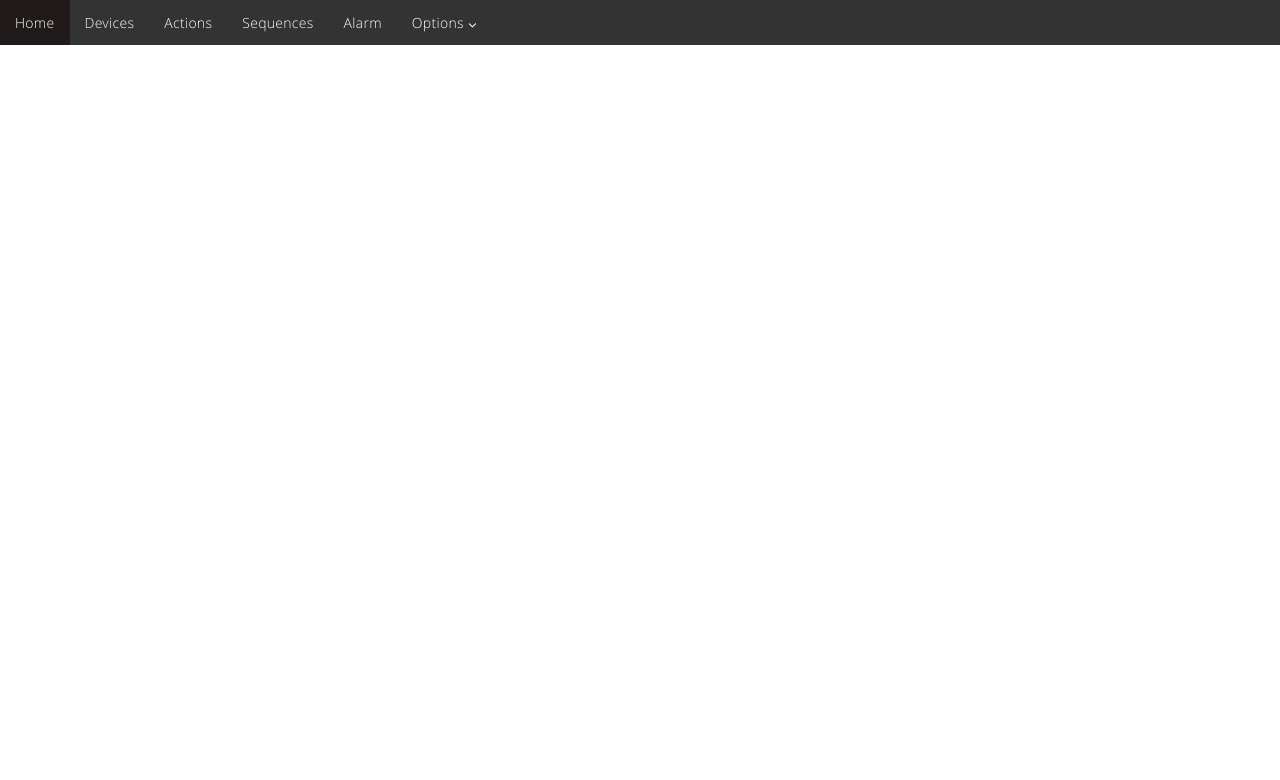
Repository: Pietvergiet/RPiProject
Page: http://localhost/RPi/Alarm.jsp
The author's editor kept a copy of each file at every save. The page is drawn from the files as they stood at one save, then again after the next save.
The browser window is 1280 px wide. The pictures show the whole page.
The page is served by Tomcat 9. Nobody is signed in. The application's start-up code is not run. Other server files are loaded and not shown.

Above is the page before, as saved 2014-10-28 15:40:54.

### RPi/src/main/webapp/Alarm.jsp
<%@ page language="java" contentType="text/html; charset=ISO-8859-1"
    pageEncoding="ISO-8859-1"%>
<!DOCTYPE html PUBLIC "-//W3C//DTD HTML 4.01 Transitional//EN" "http://www.w3.org/TR/html4/loose.dtd">
<html>
<head>

        <link rel="stylesheet" href="BootstrapMetro/docs/css/metro-bootstrap.css">
        <script src="BootstrapMetro/docs/js/jquery/jquery.min.js"></script>
        <script src="BootstrapMetro/docs/js/jquery/jquery.widget.min.js"></script>
        <script src="BootstrapMetro/min/metro.min.js"></script>
        <link rel="shortcut icon" href="images/remote_control.ico" />
	    <title>SuperRemotely</title>

</head>
<body class="metro">
<!-- Header -->
<nav class="navigation-bar dark fixed-top">
	<nav class="navigation-bar-content">
        <ul class="element-menu">
        	<li><a href="/RPi">Home</a></li>
        	<li><a href="./Devices">Devices</a></li>
        	<li><a href="./Action">Actions</a></li>
        	<li><a href="./Sequence">Sequences</a></li>
        	<li><a href="./Alarm">Alarm</a></li>
        	<li>
                <a class="dropdown-toggle" href="#Options">Options</a>
                <ul class="dropdown-menu dark" data-role="dropdown" style="display: none;">
                	<li><a href="#Time">Set the time</a></li>
                    <li><a href="#Record">Record new action</a></li>
                    <li><a href="#Add">Add a new Device</a></li>
                    <li><a href="#Remove">Remove a device</a></li>
                    <li><a href="#Edit">Remove an action</a></li>
                </ul>
            </li>
    	</ul>
    </nav>
</nav>

<!-- Body -->
<div class="grid" style="margin-left:20px;margin-top:60px">

</div>
</body>
</html>

Loaded but not shown: RPi/src/main/webapp/BootstrapMetro/docs/css/metro-bootstrap.css (library); RPi/src/main/webapp/BootstrapMetro/docs/js/jquery/jquery.min.js (library); RPi/src/main/webapp/BootstrapMetro/docs/js/jquery/jquery.widget.min.js (library); RPi/src/main/webapp/BootstrapMetro/min/metro.min.js (library)

After the next save:
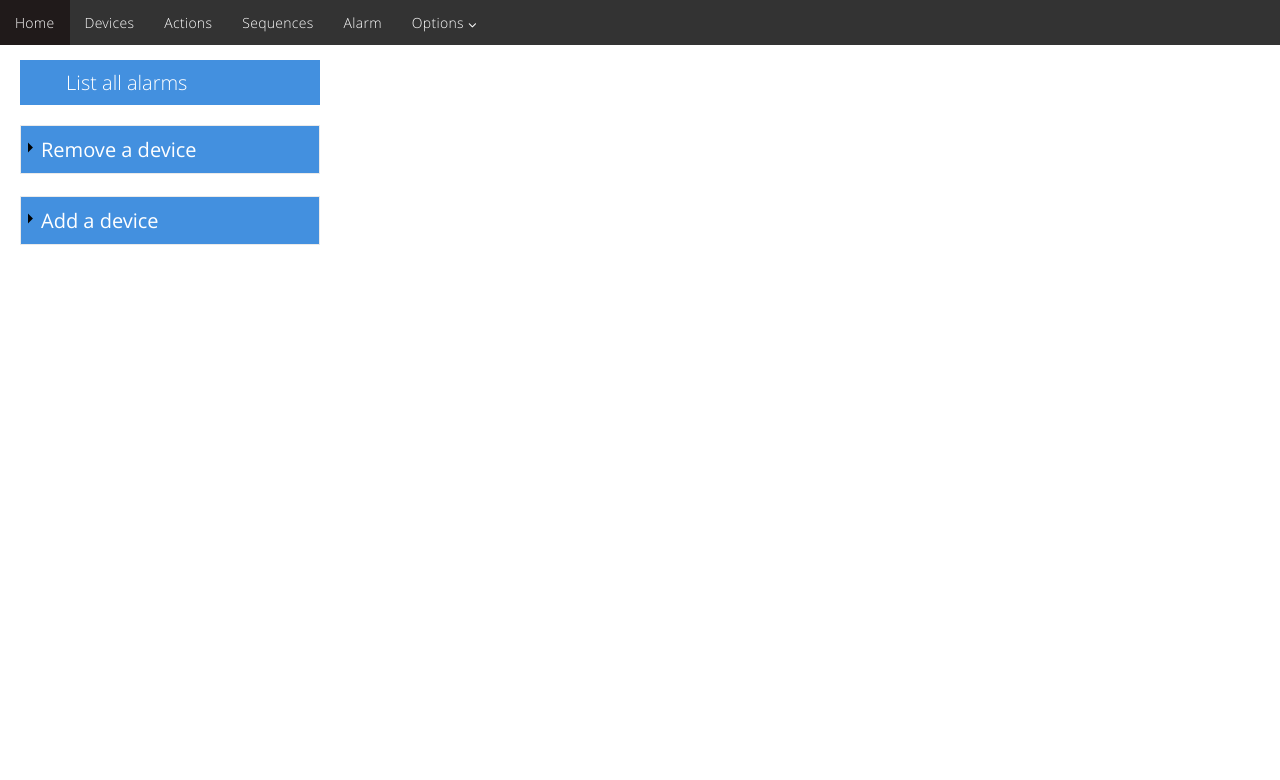
Saved 4 min 39 s later.
--- a/RPi/src/main/webapp/Alarm.jsp
+++ b/RPi/src/main/webapp/Alarm.jsp
@@ -38,7 +38,45 @@
 
 <!-- Body -->
 <div class="grid" style="margin-left:20px;margin-top:60px">
+	<div class="grid">
 
+		<form method="post" action="getAlarm">
+			<div class="row" >
+				<div class="span5">
+					<input name="button" class="bg-lightBlue bg-hover-darkBlue fg-white" type="submit" value="List all alarms			" style="font-size:20px; height:45px; width:300px;">
+				</div>
+			</div>
+			<div class="row">
+				<div class="span5">
+				<div class="accordion with-marker span4 place-left" data-role="accordion" data-closeany="false">
+
+					<div class="accordion-frame" style="font-size:20px;">
+    					<a class="heading bg-lightBlue fg-white collapsed" href="#">Remove a device</a>
+       	 				<div class="content" style="display: none;">
+        					<p>Fill in the ID of the alarm that should be removed.<p>
+        					<p><input name="alId" type="text" data-state="info"></p>
+        					<p><input name="button" class="bg-lightBlue bg-hover-darkBlue fg-white" type="submit" value="Remove" style="font-size:15px; height:50px; width:175px;"></p>
+        				</div>
+					</div>
+				</div></div>
+			</div>
+			<div class="row">
+				<div class="accordion with-marker span4 place-left" data-role="accordion" data-closeany="false">
+
+					<div class="accordion-frame" style="font-size:20px;">
+    					<a class="heading bg-lightBlue fg-white collapsed" href="#">Add a device</a>
+       	 				<div class="content" style="display: none;">
+       	 					<p>Fill in the time.<p>
+        					<p><input name="time" type="text" data-state="info"></p>
+        					<p>Fill in the ID of the sequence that should execute.<p>
+        					<p><input name="seqId" type="text" data-state="info"></p>
+        					<p><input name="button" class="bg-lightBlue bg-hover-darkBlue fg-white" type="submit" value="Add" style="font-size:15px; height:50px; width:175px;"></p>
+        				</div>
+					</div>
+				</div>
+			</div>
+		</form>
+	</div>
 </div>
 </body>
 </html>
